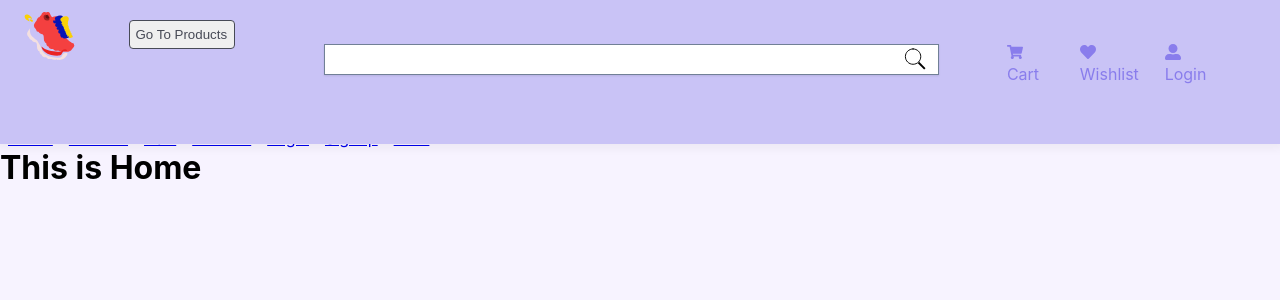
Repository: Irfan-vit/shoecase
Page: /
The author's editor kept a copy of each file at every save. The page is drawn from the files as they stood at one save, then again after the next save.
The browser window is 1280 px wide. The pictures show the whole page.
The page's requests for data from a server got no answer. The project was rebuilt for these pictures with package versions that can differ from the ones it lists, and the page was loaded fresh each time. No one was signed in, and anything a server would have sent is missing. Also part of the build but not shown: src/pages/Product/ProductPage.jsx, src/pages/cart/CartPage.jsx, src/pages/wishlist/WishlistPage.jsx, src/pages/login/LoginPage.jsx, src/pages/signup/SignupPage.jsx, src/pages/user/StyledUser.jsx, src/components/forms/addAddress/AddAddress.jsx, src/components/forms/editAddress/EditAddress.jsx and 4 more.

Above is the page before, as saved 2023-05-22 04:56:00.

After the next save:
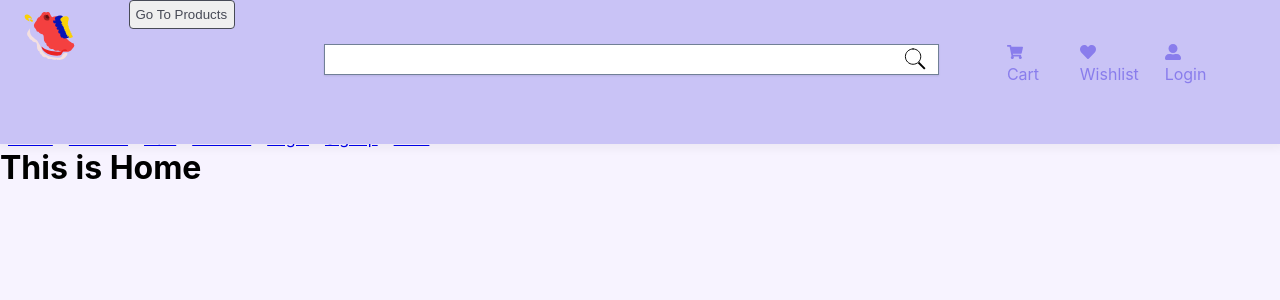
Saved 10 s later.
--- a/src/styles/NavBarStyles.jsx
+++ b/src/styles/NavBarStyles.jsx
@@ -42,9 +42,6 @@ const StyledNav = styled.nav`
     > :nth-child(1) {
       display: flex;
       flex-flow: row;
-      align-items: center;
-      align-content: center;
-      /* align-items: baseline; */
       flex-basis: 20%;
       justify-content: space-around;
     }
